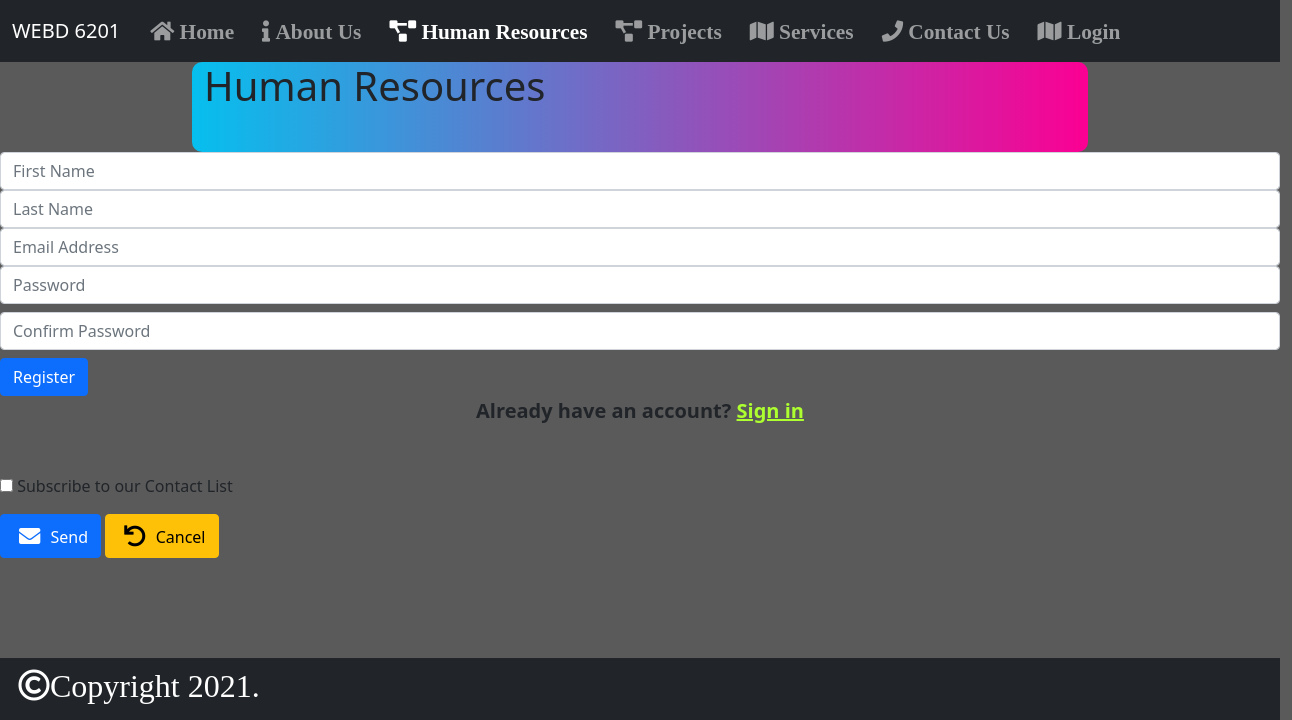
Repository: vans12345678/WEBD6201-W2021-Lab2
Page: human-resources.html
An editor plug-in stored every save of this project. The page is shown before and after the next save, followed by the edit.
The browser window is 1280 px wide. The page is 1292 px wide, so the pictures cover 1292 px, including what lies to the right of the window. The pictures show the whole page.

Above is the page before, as saved 2021-03-06 19:03:47.

### human-resources.html
<!--human-resources.html
Name: Andre Agrippa, Michai Pryce
Date: 02/05/2021
-->
<!DOCTYPE html>
<html lang="en">
<head>
    <meta charset="UTF-8">
    <meta name="viewport" content="width=device-width, initial-scale=1.0">
    <title>Human Resources</title>

    <!-- CSS Section -->
    <link rel="stylesheet" href="./node_modules/bootstrap/dist/css/bootstrap.min.css">
    <link rel="stylesheet" href="./node_modules/@fortawesome/fontawesome-free/css/all.min.css">
    <link rel="stylesheet" href="./Content/app.css">
</head>
<body>
  <!-- Main Header -->
    <header>
      <!-- Main Navigation -->
        <nav class="navbar navbar-expand-lg navbar-dark bg-dark">
            <div class="container-fluid">
              <a id ="navHome" class="navbar-brand" href="index.html"></a>
              <button class="navbar-toggler" type="button" data-bs-toggle="collapse" data-bs-target="#navbarSupportedContent" aria-controls="navbarSupportedContent" aria-expanded="false" aria-label="Toggle navigation">
                <span class="navbar-toggler-icon"></span>
              </button>
              <div class="collapse navbar-collapse" id="navbarSupportedContent">
                <ul id = "ulNav" class="navbar-nav me-auto mb-2 mb-lg-0">
                  <li class="nav-item">
                    <a  class="nav-link" aria-current="page" href="index.html"><i id ="navIndex"class = "fas fa-home fa-lg"></i></a>
                  </li>
                  <li class="nav-item" id ="navAbout">
                    <a  class="nav-link " aria-current="page" href="about.html"><i id ="navAboutItem"class = "fas fa-info fa-lg"></i></a>
                  </li>
                  <li class="nav-item">
                    <a  class="nav-link" aria-current="page" href="projects.html"><i id ="navProjects" class ="fas fa-project-diagram fa-lg">Products</i></a>
                  </li>
                  <li class="nav-item">
                    <a  class="nav-link" aria-current="page" href="services.html"><i id ="navServices"class = "fas fa-map fa-lg"></i></a>
                  </li>
                  <li class="nav-item">
                    <a  class="nav-link " aria-current="page" href="contact.html"><i id ="navContact"class = "fas fa-phone fa-lg"></i></a>
                  </li>
                  <li class="nav-item" id="liLogin">
                    <a  class="nav-link " aria-current="page" href="login.html"><i  id ="navLogin" class = "fas fa-map fa-lg"></i></a>
                  </li>
                </ul>
              </div>
            </div>
          </nav>
    </header>
  <!-- Main Contents -->
    <main>
        <h1 class = "container">Human Resources</h1>
        <form>

                <input class="form-control" type="text" id="firstName" placeholder="First Name" name="firstName" required/>
                <input class="form-control" type="text" name="lastName" id="lastName" placeholder="Last Name" required/>

                <input id="emailAddress" type="email" class="form-control" placeholder="Email Address" aria-label="Email Address" aria-describedby="Email Address Input"
                name="emailAddress" required/>
          <div class="form-group mb-2">
            <div class="row">
              <div class="col-md-12">
                <input type="password" class="form-control" id="password" name="password"
                value="" placeholder="Password"required/>
              </div>
            </div>
          </div>
          <div class="form-group mb-2">
            <div class="row">
              <div class="col-md-12">
                <input type="password" class="form-control" id="confirmPassword" name="confirmPassword"
                value="" placeholder="Confirm Password" required/>
              </div>
            </div>
          </div>
          <div class="">
            <button id="registerButton" type="submit" class="btn btn-primary btn-md buttonMargin">Register</button>
          </div>
          <p class="text-center fs-5 fw-bold">
          Already have an account?
          <a href="login.html">Sign in</a>
          </p>







        <div class = " mt-5 mb-3">
          <!-- <span class="input-group-text" id="inputGroup-sizing-default">Subscribe</span> -->
          <input id="subscribeCheckBox" name="subscribeCheckBox"class="" type="checkbox" value="">
          <label class="form-check-label" for="flexCheckChecked"> Subscribe to our Contact List</label>
        </div>

          <button id="sendButton" type="submit" class="btn btn-primary"><i class="fas fa-envelope fa-lg"></i> Send</button>
          <button id="cancelButton" type="reset" class="btn btn-warning"><i class="fas fa-undo fa-lg"></i> Cancel</button>
        </form>
    </main>
    <!-- Main Footer -->
    <footer>
      <nav class="navbar fixed-bottom navbar-dark bg-dark">
          <div class="container-fluid">
              <h4><i id = "footer"class="far fa-copyright fa-lg site-footer"></i></h4>
          </div>
        </nav>
  </footer>
    <!-- Script Section -->
    <script src="./node_modules/jquery/dist/jquery.min.js"></script>
    <script src="./node_modules/bootstrap/dist/js/bootstrap.bundle.min.js"></script>
    <script src="./Scripts/namespace.js"></script>
    <script src="./Scripts/user.js"></script>
    <script src="./Scripts/app.js"></script>
</body>
</html>

### Content/app.css
/* custom css goes here */
.Vapor {
    background-image: url('../images/vapor.jpg');
    background-repeat: no-repeat;
    background-attachment: fixed;
    background-size: 100% 100%;
  }
  a {
    color: greenyellow;
  }
  .textFont
  {
    font-family: Arial, Helvetica, sans-serif;
    line-height: 32px;
  }
  body
  {
    background-color: rgb(90, 90, 90);
  }
  h1.container{
    border-radius: 10px;
    width: 70%;
    height: 90px;
    margin: 0px auto;
    background: linear-gradient(90deg,#06bfee,#fb0093)
  }
  h1.projects{
    background-color: white;
  }
  .contact-table{
    width: 100%;
    margin:  50px auto;
    background-color: white;
  }
  .contact-form
  {
    width: 100%;
    margin:  100px auto;
  }
  .warnMessage
  {
    width: 90%;
    margin:  50px;
  }
  .site-footer {
    color:white;
  }
  .formMargin
  {
    margin: 35px 70px;
  }
  .inputMargin
  {
    margin: 5px 10px;
  }
  .formBackground
  {
    background-color: rgba(20, 174, 235, 0.822);
    border: 5px solid rgb(0, 238, 255);

  }
  i{
    margin:7px 6px;
  }

### Scripts/namespace.js
//Namespace core
let core;

### Scripts/user.js
"use strict";
// User Class

((core)=>
{
  class User {
    // getters and setters
    get DisplayName()
    {
      return this.m_displayName;
    }

    set DisplayName(value)
    {
      this.m_displayName = value;
    }

    get EmailAddress()
    {
      return this.m_emailAddress;
    }

    set EmailAddress(value)
    {
      this.m_emailAddress = value;
    }

    get Username()
    {
      return this.m_username;
    }

    set Username(value)
    {
      this.m_username = value;
    }
    get Password()
    {
      return this.m_password;
    }

    set Password(value)
    {
      this.m_password = value;
    }

    // constructor
    /**
     * Creates an instance of user
     * @param {string} displayName
     * @param {string} emailAddress
     * @param {string} username
     * @param {string} password
     */
    constructor(displayName = "", emailAddress = "", username = "", password = "")
    {
      this.DisplayName = displayName;
      this.EmailAddress = emailAddress;
      this.Username = username;
      this.Password = password;

    }

    // methods

    /**
     * This method overrides the built-in toString method for the User class
     *
     * @returns {string}
     */
    toString()
    {
      return `Display Name     : ${this.DisplayName}\nEmail Address : ${this.EmailAddress}\nUser Name : ${this.Username}`;
    }

    /**
     * This method returns a JSON object made up of the properties of the User class
     *
     * @returns {Object}
     */
    toJSON()
    {
      return {
        "DisplayName": this.DisplayName,
        "EmailAddress": this.EmailAddress,
        "Username":this.Username
      }
    }

    /**
     * This method takes a JSON data object and assigns the value to the User class properties
     *
     * @param {Object} data
     */
    fromJSON(data)
    {
      this.DisplayName = data.DisplayName;
      this.EmailAddress = data.EmailAddress;
      this.Username = data.Username;
      this.Password = data.Password;
    }

    /**
     * This method converts the User into a comma-separated value string
     *
     * @returns {string}
     */
    serialize()
    {
      if(this.DisplayName !== "" && this.EmailAddress !== "" && this.Username !== "")
      {
        return `${this.DisplayName},${this.EmailAddress},${this.Username}`;
      }
      else
      {
        console.error("One or more properties of the User is empty");
        return null;
      }
    }

    /**
     * This method takes a comma-separated data string and assigns the values to the User class properties
     *
     * @param {string} data
     * @return {void}
     */
    deserialize(data)
    {
      let propertyArray = data.split(",");
      this.DisplayName = propertyArray[0];
      this.EmailAddress = propertyArray[1];
      this.Username = propertyArray[2];
    }
  }

  core.User = User;

})(core || (core={}));

Loaded but not shown: node_modules/bootstrap/dist/css/bootstrap.min.css (library); node_modules/@fortawesome/fontawesome-free/css/all.min.css (library); node_modules/jquery/dist/jquery.min.js (library); node_modules/bootstrap/dist/js/bootstrap.bundle.min.js (library); Scripts/app.js (639 lines, source omitted)

After the next save:
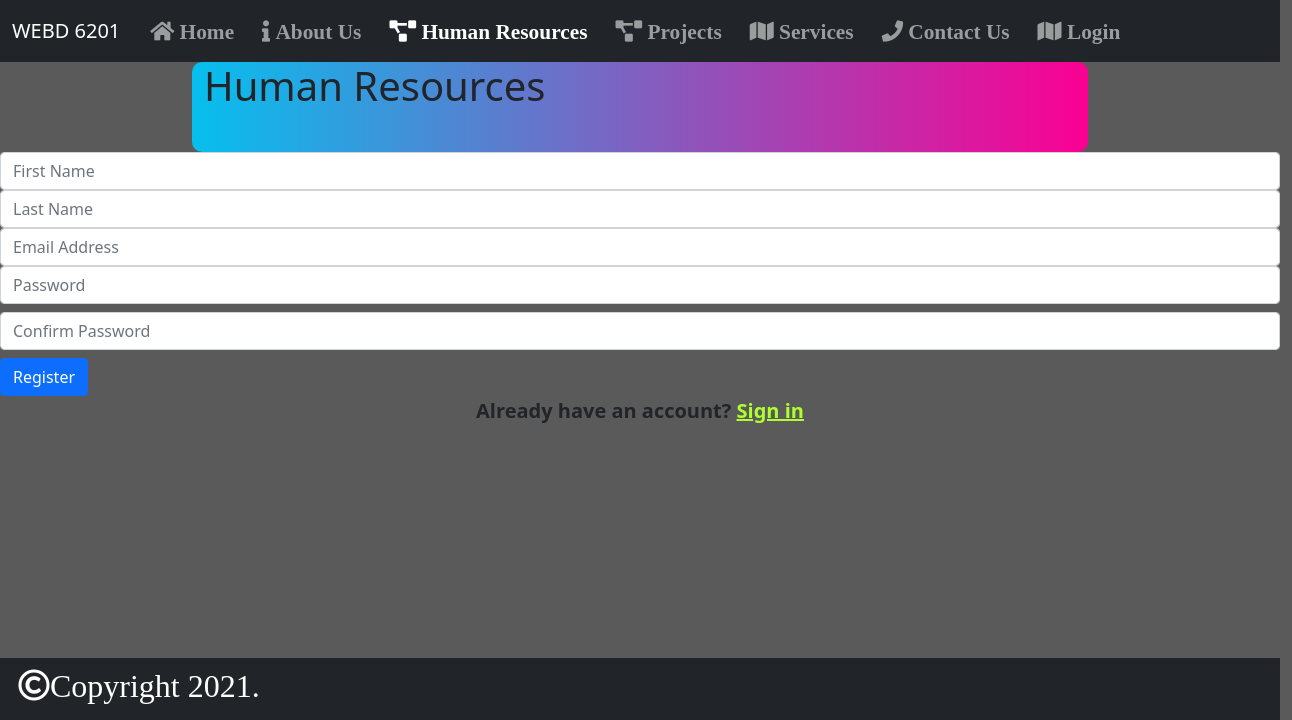
Saved 86 s later.
--- a/human-resources.html
+++ b/human-resources.html
@@ -84,19 +84,6 @@ Date: 02/05/2021
           </p>
 
 
-
-
-
-
-
-        <div class = " mt-5 mb-3">
-          <!-- <span class="input-group-text" id="inputGroup-sizing-default">Subscribe</span> -->
-          <input id="subscribeCheckBox" name="subscribeCheckBox"class="" type="checkbox" value="">
-          <label class="form-check-label" for="flexCheckChecked"> Subscribe to our Contact List</label>
-        </div>
-
-          <button id="sendButton" type="submit" class="btn btn-primary"><i class="fas fa-envelope fa-lg"></i> Send</button>
-          <button id="cancelButton" type="reset" class="btn btn-warning"><i class="fas fa-undo fa-lg"></i> Cancel</button>
         </form>
     </main>
     <!-- Main Footer -->
